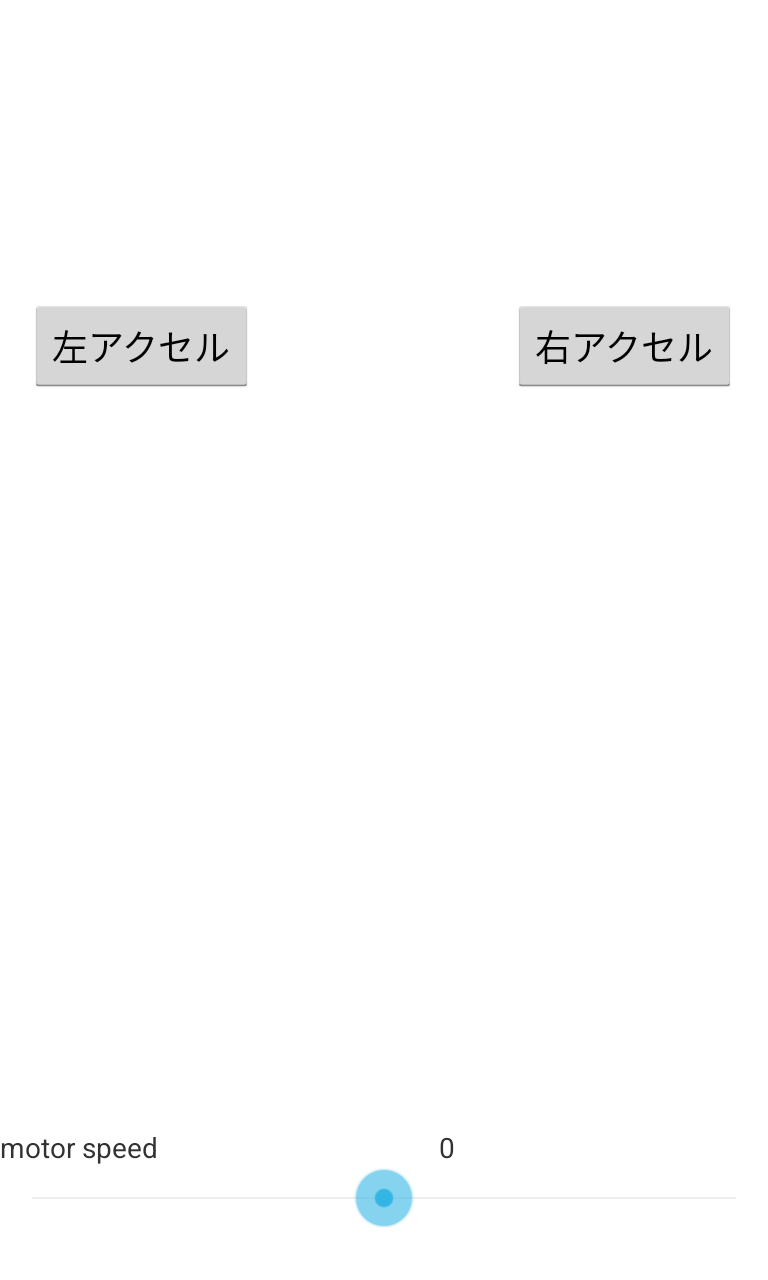
Repository: takugoto/2WD-car
Layout: workspace/2WDcar/res/layout/activity_main.xml
An editor plug-in stored every save of this project. The layout is shown before and after the next save, followed by the edit.
It is drawn on a 768 x 1280 px phone screen (xhdpi) without system bars, with theme AppTheme; the app's code is not run.

Above is the layout before, as saved 2012-12-06 05:47:56.

After the next save:
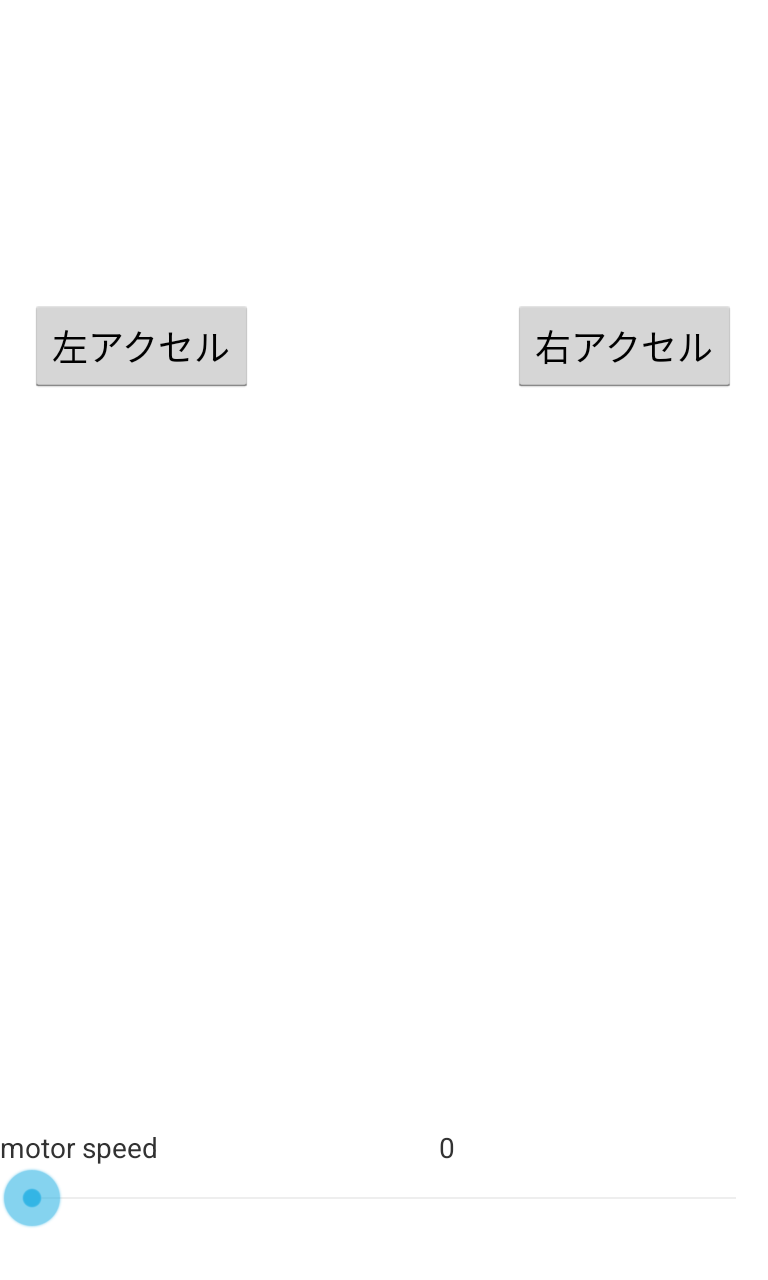
Saved 9 min 9 s later.
--- a/workspace/2WDcar/res/layout/activity_main.xml
+++ b/workspace/2WDcar/res/layout/activity_main.xml
@@ -11,7 +11,6 @@
         android:layout_alignParentLeft="true"
         android:layout_marginBottom="25dp"
         android:max="100"
-        android:min='-100'
         android:progress="0" />
 
     <Button
